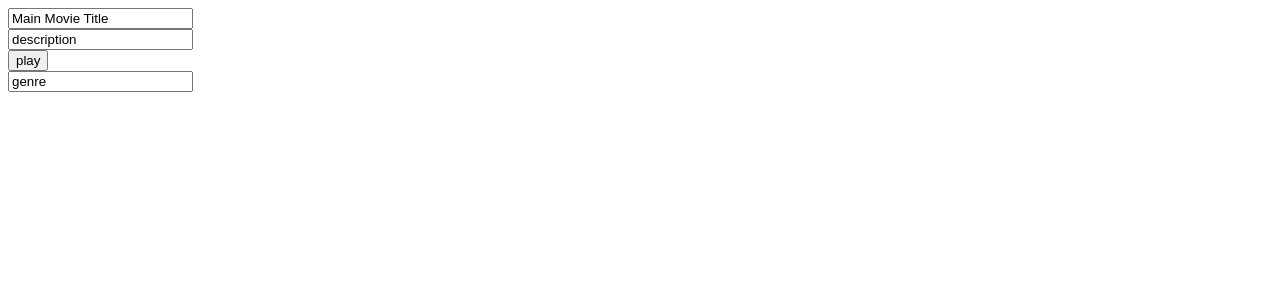
Repository: Somtime/MOVIETRAP
Page: http://localhost/MOVIETRAP/main.jsp
The author's editor kept a copy of each file at every save. The page is drawn from the files as they stood at one save, then again after the next save.
The browser window is 1280 px wide. The pictures show the whole page.
The page is served by Tomcat 9. Other server files are loaded and not shown.

Above is the page before, as saved 2021-05-09 08:22:06.

### MOVIETRAP/WebContent/main.jsp
<%@ page language="java" contentType="text/html; charset=EUC-KR"
    pageEncoding="EUC-KR"%>
<!DOCTYPE html>
<html>
<head>
<meta charset="EUC-KR">
<title>Main</title>
</head>
<body>
	<div id="wrap">

		<div id="main_movie">

			<div id="main_movie_title">
				<input type="text" value="Main Movie Title">
			</div>

			<div id="main_movie_description">
				<input type="text" value="description">
			</div>

			<div id="main_play_button">
				<input type="button" value="play">
			</div>

			<div id="main_watch_later">

			</div>
		</div>

		<div id="genre_movie">

			<div id="genre_movie_genre">
				<input type="text" value="genre">
			</div>

			<div id="genre_movie_thumnail">
				<img src="" />
			</div>

		</div>

	</div>
</body>
</html>

After the next save:
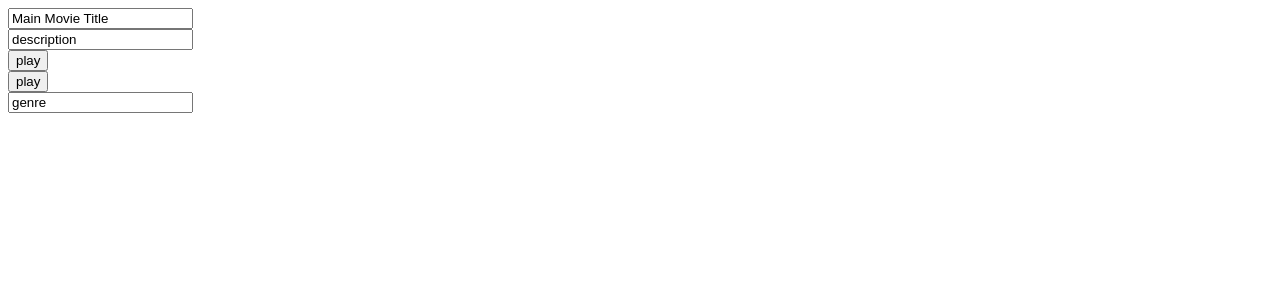
Saved 28 s later.
--- a/MOVIETRAP/WebContent/main.jsp
+++ b/MOVIETRAP/WebContent/main.jsp
@@ -24,7 +24,7 @@
 			</div>
 
 			<div id="main_watch_later">
-
+				<input type="button" value="play">
 			</div>
 		</div>
 
